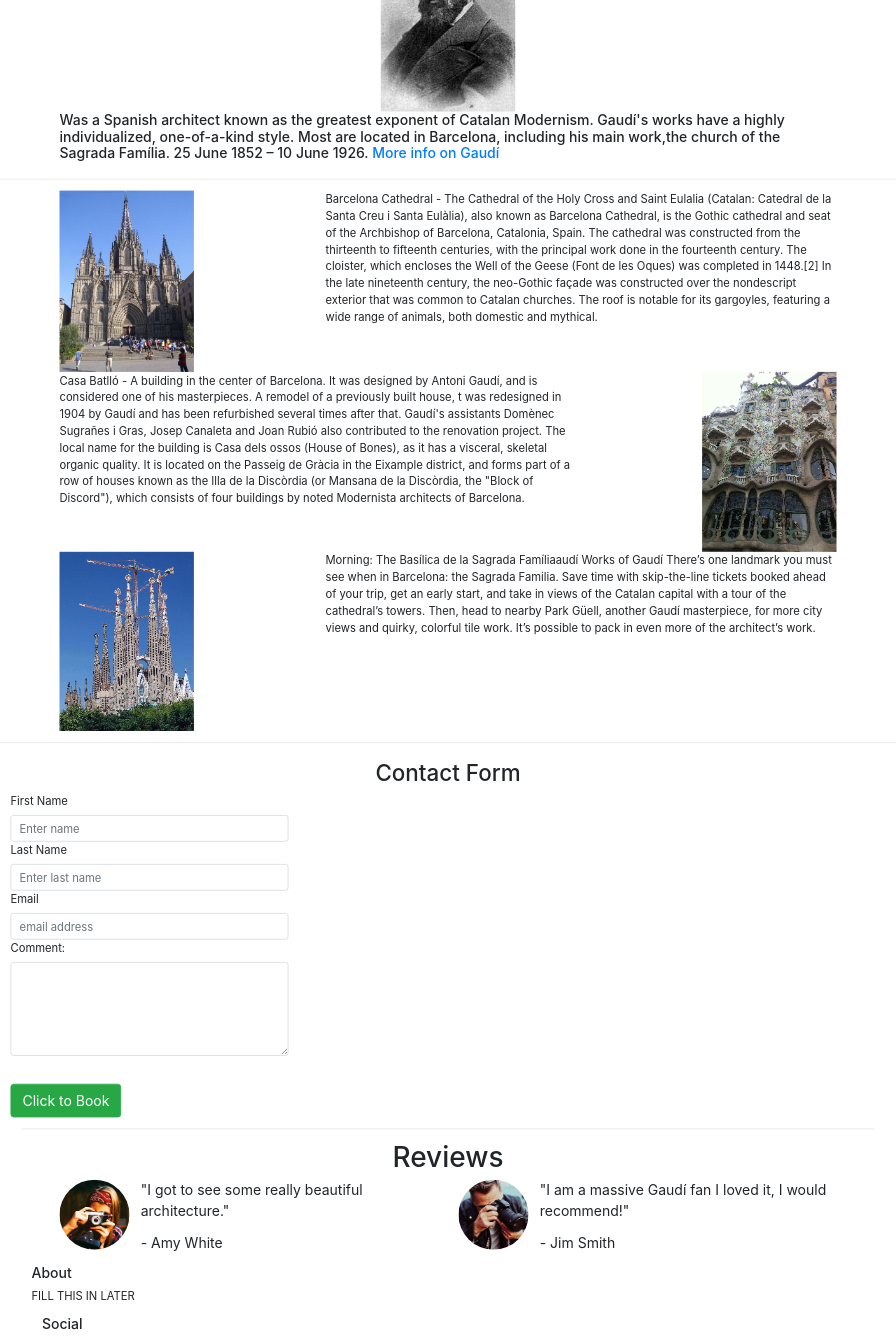
Repository: Taitdanielle/Milestone1
Page: index.html
The author's editor kept a record of every edit. The page is drawn from the files as they stood at one moment, then again after the next edit.
The browser window is 1280 px wide. The pictures show the part of the page from y = 1065 to 2985 px (the page is 2985 px tall), at 70% of full size.

Above is the page before.

After the next edit:
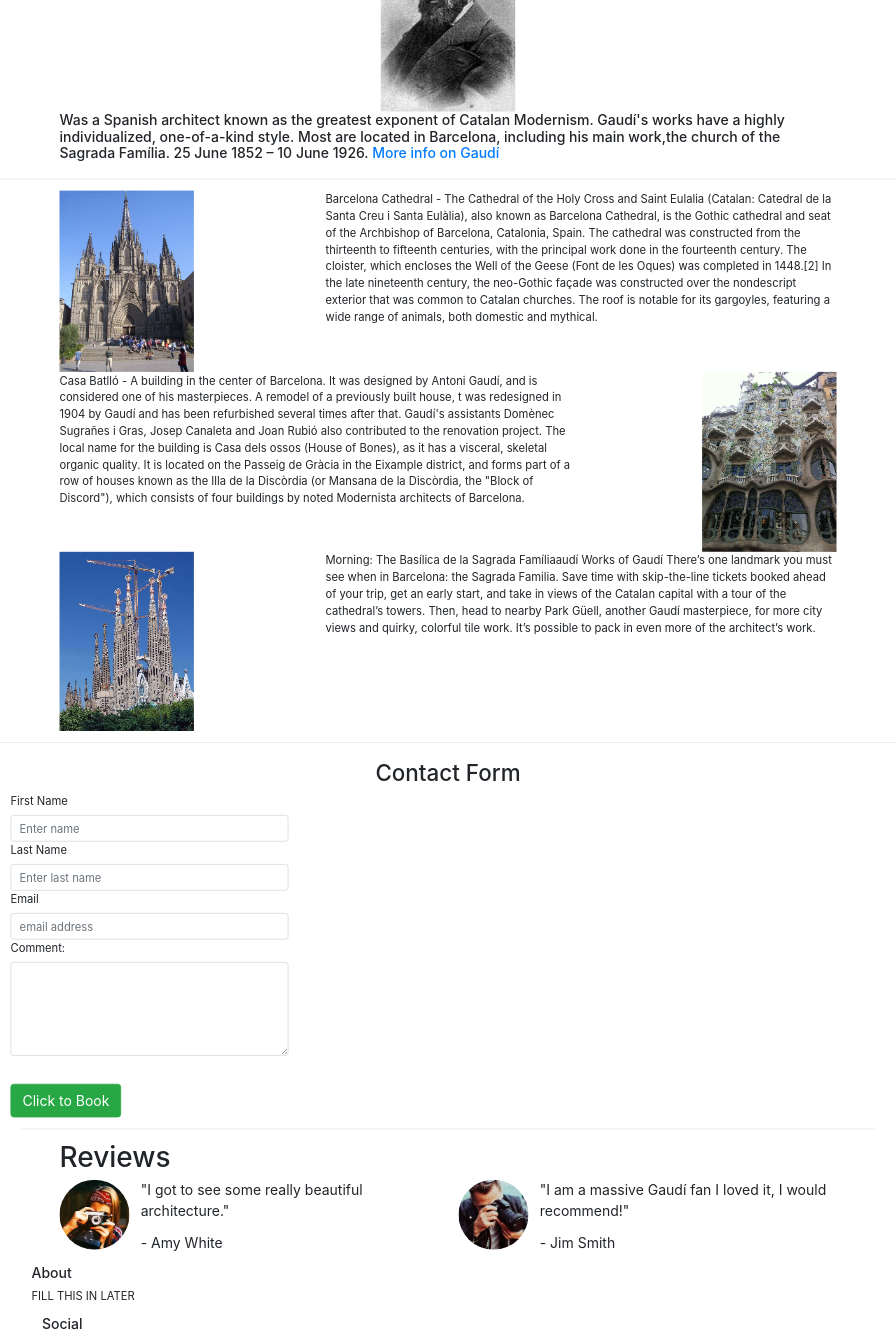
The edit:
--- a/index.html
+++ b/index.html
@@ -231,7 +231,7 @@
             <div class="container-wrapper">
                 <div class="container quotes-container content-container">
                     <section class="quotes">
-                        <h1 class="text-center">Reviews </h1>
+                        <h1>Reviews </h1>
                         <div class="row">
                             <div class="col-12 page-header">
                             </div>
